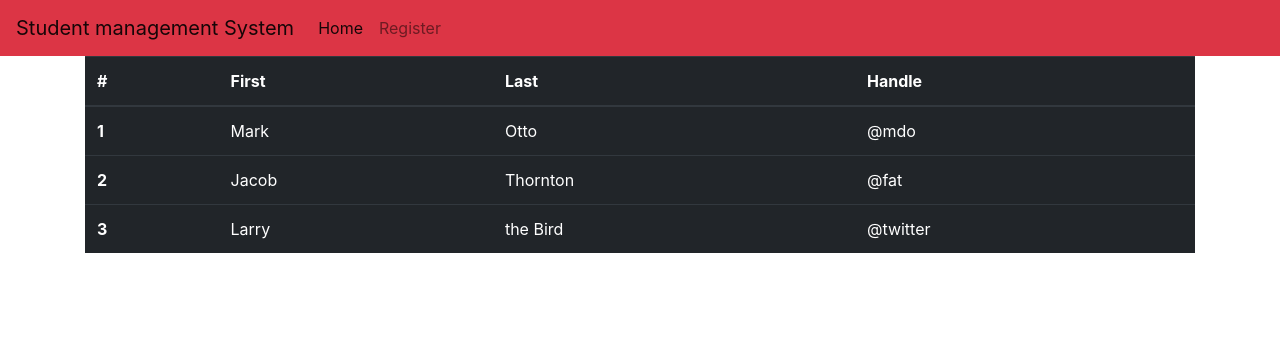
Repository: arindolghosh44/spring
Page: http://localhost/index
The author's editor kept a copy of each file at every save. The page is drawn from the files as they stood at one save, then again after the next save.
The browser window is 1280 px wide. The pictures show the whole page.
Some web libraries are served in a nearby version. The page is this project's Thymeleaf template; nobody is signed in. The template is opened directly, without the code that normally fills it, so the values that code supplies are empty.

Above is the page before, as saved 2024-01-20 04:19:58.

### emp_management_System1-1/src/main/resources/templates/index.html
<!doctype html>
<html lang="en">
  <head>
    <!-- Required meta tags -->
    <meta charset="utf-8">
    <meta name="viewport" content="width=device-width, initial-scale=1, shrink-to-fit=no">

    <!-- Bootstrap CSS -->
    <link rel="stylesheet" href="https://cdn.jsdelivr.net/npm/bootstrap@4.0.0/dist/css/bootstrap.min.css" integrity="sha384-Gn5384xqQ1aoWXA+058RXPxPg6fy4IWvTNh0E263XmFcJlSAwiGgFAW/dAiS6JXm" crossorigin="anonymous">

    <title>home page</title>
  </head>
  <body>
    <!-- Navbar -->



      <nav class="navbar navbar-expand-lg navbar-light bg-danger">
  <a class="navbar-brand" href="#">Student management System</a>
  <button class="navbar-toggler" type="button" data-toggle="collapse" data-target="#navbarSupportedContent" aria-controls="navbarSupportedContent" aria-expanded="false" aria-label="Toggle navigation">
    <span class="navbar-toggler-icon"></span>
  </button>

  <div class="collapse navbar-collapse" id="navbarSupportedContent">
    <ul class="navbar-nav mr-auto">
      <li class="nav-item active">
        <a class="nav-link" href="#">Home <span class="sr-only">(current)</span></a>
      </li>
      <li class="nav-item-active">
        <a class="nav-link" href="#">Register</a>
      </li>


    </ul>

  </div>
</nav>



















    <div class="container">
    <table class="table table-dark">
  <thead>
    <tr>
      <th scope="col">#</th>
      <th scope="col">First</th>
      <th scope="col">Last</th>
      <th scope="col">Handle</th>
    </tr>
  </thead>
  <tbody>
    <tr>
      <th scope="row">1</th>
      <td>Mark</td>
      <td>Otto</td>
      <td>@mdo</td>
    </tr>
    <tr>
      <th scope="row">2</th>
      <td>Jacob</td>
      <td>Thornton</td>
      <td>@fat</td>
    </tr>
    <tr>
      <th scope="row">3</th>
      <td>Larry</td>
      <td>the Bird</td>
      <td>@twitter</td>
    </tr>
  </tbody>
</table>





    </div>











































    <!-- Navbar -->

    <!-- Optional JavaScript -->
    <!-- jQuery first, then Popper.js, then Bootstrap JS -->
    <script src="https://code.jquery.com/jquery-3.2.1.slim.min.js" integrity="sha384-KJ3o2DKtIkvYIK3UENzmM7KCkRr/rE9/Qpg6aAZGJwFDMVNA/GpGFF93hXpG5KkN" crossorigin="anonymous"></script>
    <script src="https://cdn.jsdelivr.net/npm/popper.js@1.12.9/dist/umd/popper.min.js" integrity="sha384-ApNbgh9B+Y1QKtv3Rn7W3mgPxhU9K/ScQsAP7hUibX39j7fakFPskvXusvfa0b4Q" crossorigin="anonymous"></script>
    <script src="https://cdn.jsdelivr.net/npm/bootstrap@4.0.0/dist/js/bootstrap.min.js" integrity="sha384-JZR6Spejh4U02d8jOt6vLEHfe/JQGiRRSQQxSfFWpi1MquVdAyjUar5+76PVCmYl" crossorigin="anonymous"></script>
  </body>
</html>

After the next save:
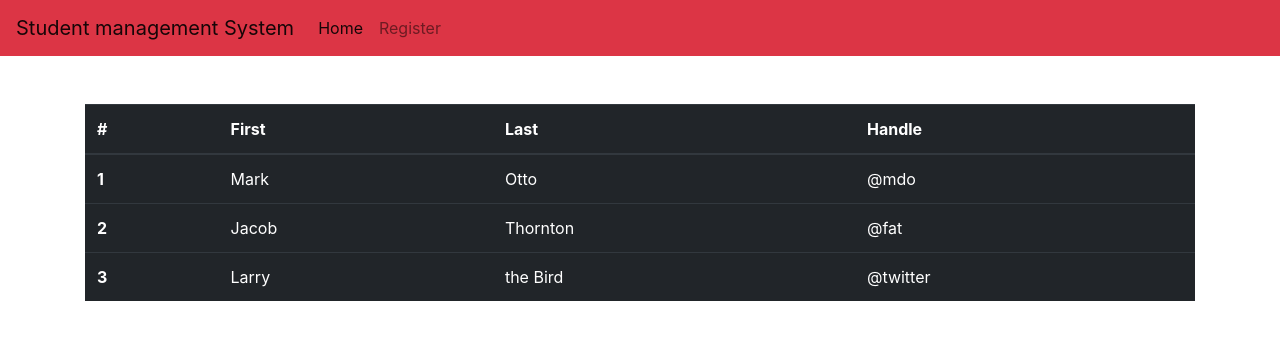
Saved 16 s later.
--- a/emp_management_System1-1/src/main/resources/templates/index.html
+++ b/emp_management_System1-1/src/main/resources/templates/index.html
@@ -54,7 +54,7 @@
 
 
 
-    <div class="container">
+    <div class="container mt-5">
     <table class="table table-dark">
   <thead>
     <tr>
